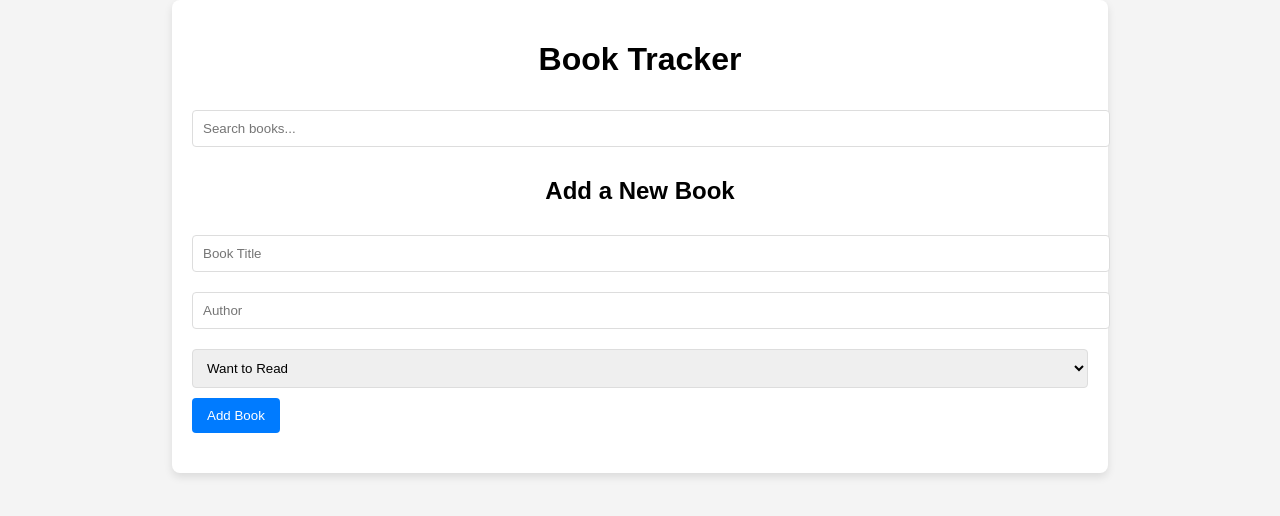
Repository: PEEZYBEE/phase-1-javascript-project-mode
Page: index.html
The author's editor kept a copy of each file at every save. The page is drawn from the files as they stood at one save, then again after a run of saves.
The browser window is 1280 px wide. The pictures show the whole page.
The page's requests for data from a server got no answer.

Above is the page before, as saved 2025-03-25 13:01:32.

After the next 2 saves:
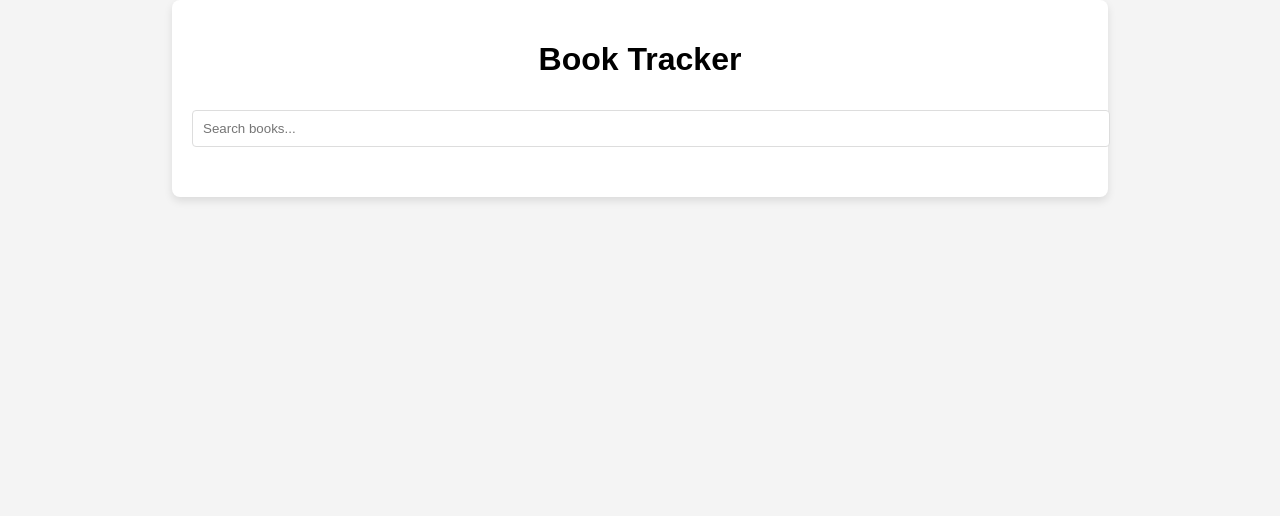
Console error: TypeError: Cannot read properties of null (reading 'addEventListener')
The 2 saves are shown as one change because they came seconds apart.
The last was saved 2 min 45 s later.
--- a/index.html
+++ b/index.html
@@ -13,19 +13,6 @@
         <!-- Search Books -->
         <input type="text" id="searchInput" placeholder="Search books..." />
 
-        <!-- Add Book Form -->
-        <h2>Add a New Book</h2>
-        <form id="addBookForm">
-            <input type="text" id="bookTitle" placeholder="Book Title" required />
-            <input type="text" id="bookAuthor" placeholder="Author" required />
-            <select id="bookStatus">
-                <option value="want to read">Want to Read</option>
-                <option value="currently reading">Currently Reading</option>
-                <option value="read">Read</option>
-            </select>
-            <button type="submit">Add Book</button>
-        </form>
-
         <!-- Book List -->
         <div id="bookList"></div>
     </div>
